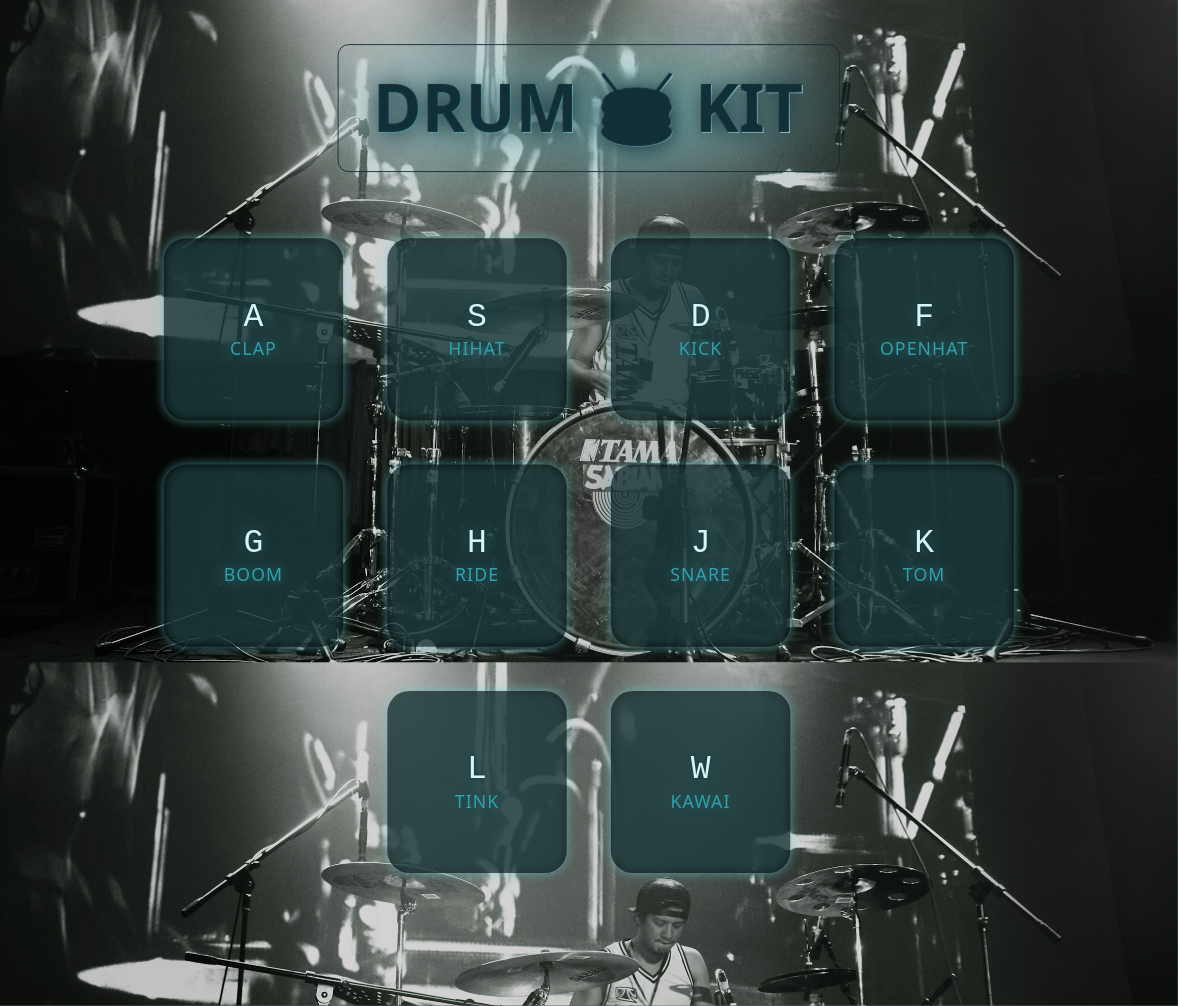
Repository: Freezler/drumkitJS
Page: index.html
The author's editor kept a copy of each file at every save. The page is drawn from the files as they stood at one save, then again after the next save.
The browser window is 1280 px wide. The pictures show the whole page, at 92% of full size.
Backgrounds fixed to the window are drawn as part of the page.

Above is the page before, as saved 2024-08-24 12:56:33.
Console error: ReferenceError: key is not defined

### index.html
<!DOCTYPE html>
<html lang="en">

<head>
  <meta charset="UTF-8">
  <title>JS Drum Kit</title>
  <link rel="stylesheet" href="style.css">
  <link rel="icon" href="https://fav.farm/🔥" />
</head>

<body>
  <main>

    <h1>Drum 🥁 Kit</h1>

    <div class="keys">
      <div data-key="65" class="key">
        <kbd>A</kbd>
        <span class="sound">clap</span>
      </div>
      <div data-key="83" class="key">
        <kbd>S</kbd>
        <span class="sound">hihat</span>
      </div>
      <div data-key="68" class="key">
        <kbd>D</kbd>
        <span class="sound">kick</span>
      </div>
      <div data-key="70" class="key">
        <kbd>F</kbd>
        <span class="sound">openhat</span>
      </div>
      <div data-key="71" class="key">
        <kbd>G</kbd>
        <span class="sound">boom</span>
      </div>
      <div data-key="72" class="key">
        <kbd>H</kbd>
        <span class="sound">ride</span>
      </div>
      <div data-key="74" class="key">
        <kbd>J</kbd>
        <span class="sound">snare</span>
      </div>
      <div data-key="75" class="key">
        <kbd>K</kbd>
        <span class="sound">tom</span>
      </div>
      <div data-key="76" class="key">
        <kbd>L</kbd>
        <span class="sound">tink</span>
      </div>
      <div data-key="87" class="key">
        <kbd>W</kbd>
        <span class="sound">kawai</span>
      </div>
    </div>
  </main>

  <audio data-key="65" src="sounds/clap.wav"></audio>
  <audio data-key="83" src="sounds/hihat.wav"></audio>
  <audio data-key="68" src="sounds/kick.wav"></audio>
  <audio data-key="70" src="sounds/openhat.wav"></audio>
  <audio data-key="71" src="sounds/boom.wav"></audio>
  <audio data-key="72" src="sounds/ride.wav"></audio>
  <audio data-key="74" src="sounds/snare.wav"></audio>
  <audio data-key="75" src="sounds/tom.wav"></audio>
  <audio data-key="76" src="sounds/tink.wav"></audio>
  <audio data-key="87" src="sounds/kawai.wav"></audio>


  <script>
    function removeTransition(event) {
      const { propertyName } = event;
      if (propertyName !== 'transform') return;
      event.target.classList.remove('playing');
    }

    function playSound(event) {
      const keyCode = event.type === 'keydown' ? event.keyCode : this.getAttribute('data-key');
      const audio = document.querySelector(`audio[data-key="${keyCode}"]`);
      const key = document.querySelector(`.key[data-key="${keyCode}"]`);
      if (!audio) return;
      key.classList.add('playing');
      audio.currentTime = 0;
      audio.play();
    }

    window.addEventListener('keydown', playSound);

    const keys = document.querySelectorAll('.key');
    keys.forEach(key => {
      key.addEventListener('transitionend', removeTransition);
      key.addEventListener('click', playSound);
    });
    key.addEventListener('touchstart', function(event) {
        event.preventDefault();  // Prevent default touch behavior
        playSound.call(this, event);
      });
  </script>


</body>

</html>

### style.css
:root {
  --000: #f0fbfa;
  --100: #d8f5f5;
  --200: #b5eaec;
  --300: #63cfd5;
  --400: #48bfc8;
  --500: #2da2ad;
  --600: #288492;
  --700: #266b78;
  --800: #275963;
  --900: #254a54;
  --950: #133039;

}

html {
  font-size: 12px;
  background: url('./background2.jpg') bottom center;
  background-color: var(--950);
  background-size: cover;
  scroll-behavior: smooth;
  background-attachment: fixed;
  background-position: center center;
  background-repeat: no-repeat;
  height: 100vh;
  user-select: none;
  display: grid;
  place-items: center;
  mix-blend-mode:darken
}

body,
html {
  margin: 0;
  padding: 0;
  font-family: system-ui, -apple-system, BlinkMacSystemFont, Roboto, Oxygen, Ubuntu, Cantarell, 'Open Sans', 'Helvetica Neue', sans-serif;


}

h1 {
  font-size: clamp(4rem, 5vw, 5em);
  font-weight: 400;
  text-align: center;
  color: var(--000);
  padding-block: 1.6rem;
  padding-inline: 3.2rem;
  text-align: center;
  background-image: linear-gradient(90deg, var(--300) 0%, var(--200) 100%);
  border: 1px solid var(--950);
  border-radius: 12px;
  color: transparent;
  background-clip: text;
  -webkit-background-clip: text;
  text-transform: uppercase;
  font-size: clamp(6rem, 5vw, 10rem);
  text-shadow: 1px 1px 24px var(--950), -1px -1px 1px #133039;
  font-weight: 700;
  transition: all 0.2s ease;
  filter: drop-shadow(0 0 48px var(--300));
}

main {
  place-self: center;
  display: grid;
  place-items: center;
  height: 100%;
  place-content: center;
  text-align: center;
  width: 100%;
  transition: all 0.07s;
  padding-bottom: 10rem;
}

.keys {
  display: grid;
  grid-template-columns: repeat(2, 1fr);
  /* Default for small screens */
  text-align: center;
  transition: all 0.03s;
  place-items: center;
}

.key {
  border-radius: 2rem;
  margin: 2rem;
  padding: .25rem .125rem;
  transition: all 0.07s ease;
  /* Combined transition properties */
  width: 16rem;
  height: 16rem;
  display: grid;
  place-items: center;
  place-content: center;
  text-align: center;
  color: var(--100);
  filter: drop-shadow(0 0 .5rem var(--300));
  text-shadow: 0 0 .5rem var(--950);
  background: #01010199;
}

@media screen and (max-width: 759px) {
  .keys {
    grid-template-columns: repeat(2, 1fr);
    /* 2 columns for small screens */
    place-items: center;
    justify-content: center;
    height: 100vh;
  }
}

@media screen and (min-width: 760px) and (max-width: 980px) {
  .keys {
    grid-template-columns: repeat(3, 1fr);
    /* 3 columns for medium screens */
    place-items: center;
    /* Add your specific styles for this screen size range */
    .key[data-key="87"] {
      grid-column: 2;
      grid-row: 4;
    }
  }
}

@media screen and (min-width: 980px) {
  .keys {
    grid-template-columns: repeat(4, 1fr);
    place-items: center;
    .key[data-key="87"] {
      grid-column: 3;
      grid-row: 3;
    }

    .key[data-key="76"] {
      grid-column: 2;
      grid-row: 3;
    }

  }
}

.playing {
  transform: scale(1.07);
  transform-origin: center; /* Ensure the element scales from the center */
  border: solid var(--200);
  box-shadow: 0 0 1rem var(--300);
  filter: drop-shadow(0 0 .5rem var(--500));
}

kbd {
  display: block;
  font-size: 3rem;
}

.sound {
  font-size: 1.6rem;
  text-transform: uppercase;
  letter-spacing: .1rem;
  color: var(--500);
  filter: drop-shadow(0 0 24rem var(--100));
  text-shadow: 0 0 1rem var(--900);
  transition: all 0.07s;
  font-weight: 500;
}

After the next save:
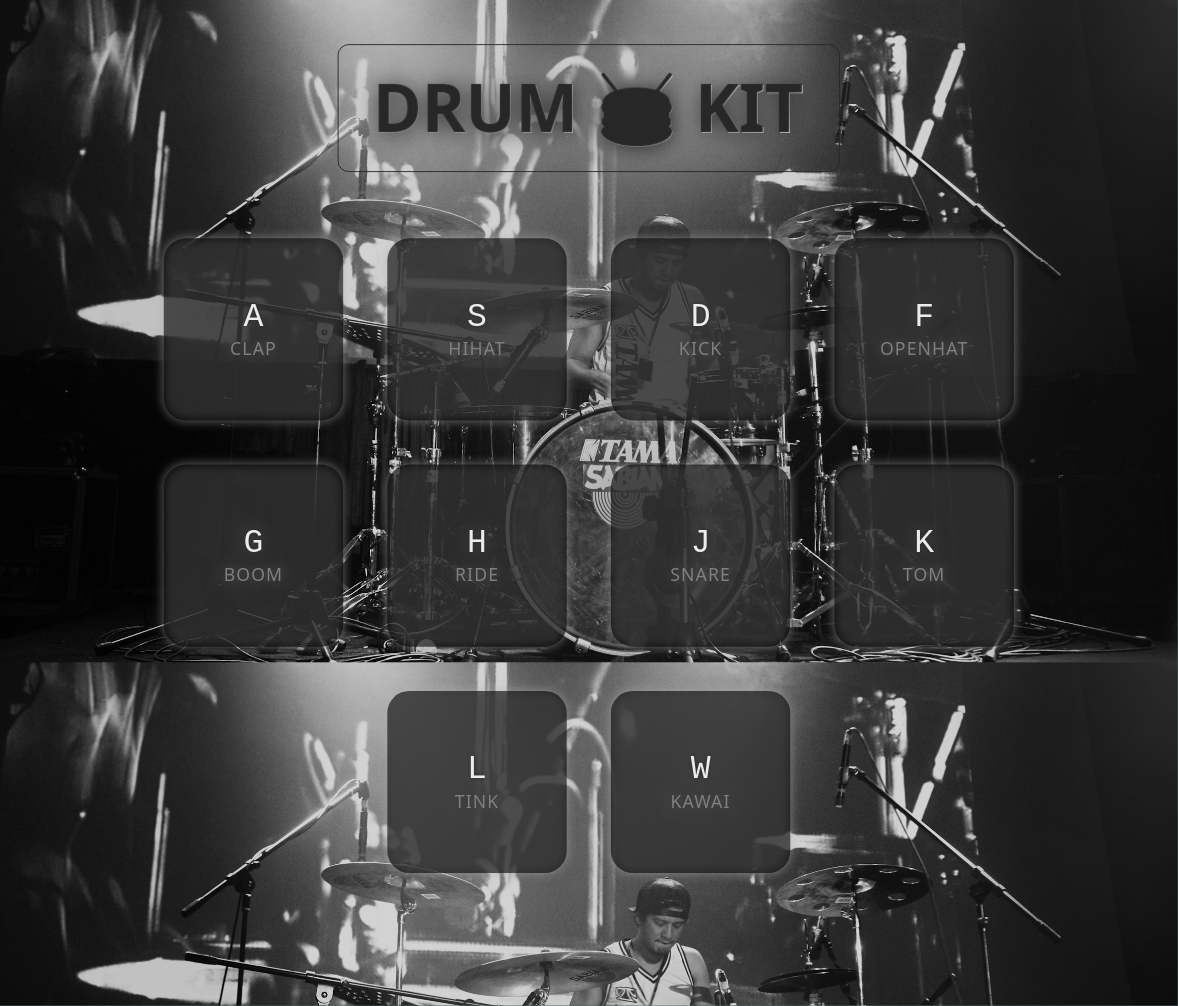
Saved 8 s later.
--- a/style.css
+++ b/style.css
@@ -26,7 +26,7 @@
   user-select: none;
   display: grid;
   place-items: center;
-  mix-blend-mode:darken
+  mix-blend-mode:luminosity
 }
 
 body,
